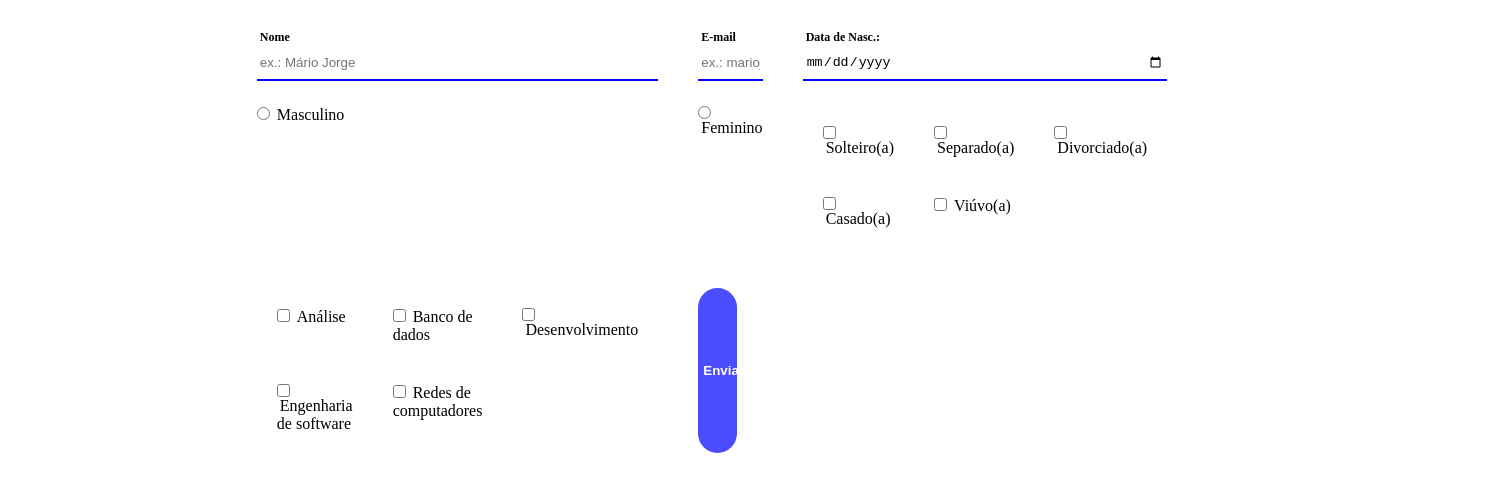
Repository: mjRibeiroTriscal/UVA_Projects
Page: Proj_A1_AVA2_2020_1/index.html
An editor plug-in stored every save of this project. The page is shown before and after the next save, followed by the edit.
The browser window is 1280 px wide. The page is 1280 px wide, then 1489 px, so the pictures cover 1489 px, including what lies to the right of the window. The pictures show the whole page.

Above is the page before, as saved 2020-03-13 11:58:11.

### Proj_A1_AVA2_2020_1/index.html
<!--
*   @project     A1_AVA2_UVA_2020_1
*   @author      Mário Jorge (mariojgmaster@yahoo.com.br)
*   @Git         MJRibeiroTriscal (https://github.com/mjRibeiroTriscal)
-->

<html>

<head>
    <meta charset="UTF-8">
    <title>Tell Me About You</title>
    <!-- <link rel="icon" href="./favicon.png" sizes="16x16 32x32" type="image/png"> -->
    <script src="./script.js"></script>
    <link rel="stylesheet" href="./style.css" />
</head>

<body>
    <div id="container">

        <header>

        </header>

        <section>

            <form class="gridContainer" name="formUva" action="http://google.co">

                <div class="gridItem">
                    <label for="nome" class="labelFirst">Nome</label>
                    <input id="nome" type="text" name="nome" placeholder="ex.: Mário Jorge" />
                </div>
                <div class="gridItem">
                    <label for="email" class="labelFirst">E-mail</label>
                    <input id="email" type="text" name="email" placeholder="ex.: mariojorge@teste.com" />
                </div>

                <div class="gridItem">
                    <label for="dataNasc" class="labelFirst">Data de Nasc.:</label>
                    <input id="dataNasc" type="date" name="dataNasc" />
                </div>

                <div class="gridItem">
                    <input id="masc" type="radio" name="masc" />
                    <label for="masc">Masculino</label>
                </div>
                <div class="gridItem">
                    <input id="fem" type="radio" name="fem" />
                    <label for="fem">Feminino</label>
                </div>

                <div class="gridItem gridContainer">
                    <div class="gridItem">
                        <input id="solteiro" type="checkbox" name="estCivil" />
                        <label for="solteiro">Solteiro(a)</label>
                    </div>
                    <div class="gridItem">
                        <input id="separado" type="checkbox" name="estCivil" />
                        <label for="separado">Separado(a)</label>
                    </div>
                    <div class="gridItem">
                        <input id="divorciado" type="checkbox" name="estCivil" />
                        <label for="divorciado">Divorciado(a)</label>
                    </div>
                    <div class="gridItem">
                        <input id="casado" type="checkbox" name="estCivil" />
                        <label for="casado">Casado(a)</label>
                    </div>
                    <div class="gridItem">
                        <input id="viuvo" type="checkbox" name="estCivil" />
                        <label for="viuvo">Viúvo(a)</label>
                    </div>
                </div>

                <div class="gridItem gridContainer">
                    <div class="gridItem">
                        <input id="analise" type="checkbox" name="analise" />
                        <label for="analise">Análise</label>
                    </div>
                    <div class="gridItem">
                        <input id="bancoDados" type="checkbox" name="bancoDados" />
                        <label for="bancoDados">Banco de dados</label>
                    </div>
                    <div class="gridItem">
                        <input id="desenvolvimento" type="checkbox" name="desenvolvimento" />
                        <label for="desenvolvimento">Desenvolvimento</label>
                    </div>
                    <div class="gridItem">
                        <input id="engenhariaSoftware" type="checkbox" name="engenhariaSoftware" />
                        <label for="engenhariaSoftware">Engenharia de software</label>
                    </div>
                    <div class="gridItem">
                        <input id="redesComputadores" type="checkbox" name="redesComputadores" />
                        <label for="redesComputadores">Redes de computadores</label>
                    </div>
                </div>

                <div class="gridItem itemFlex">
                    <input type="submit" value="Enviar">
                </div>

            </form>

        </section>

        <footer>

        </footer>

</body>

</html>

### Proj_A1_AVA2_2020_1/script.js
/*
 *   @project     A1_AVA2_UVA_2020_1
 *   @author      Mário Jorge (mariojgmaster@yahoo.com.br)
 *   @Git         MJRibeiroTriscal (https://github.com/mjRibeiroTriscal)
 */

### Proj_A1_AVA2_2020_1/style.css
/*
 *   @project     A1_AVA2_UVA_2020_1
 *   @author      Mário Jorge (mariojgmaster@yahoo.com.br)
 *   @Git         MJRibeiroTriscal (https://github.com/mjRibeiroTriscal)
 */

* {
    margin: 0px;
    padding: 0px;
}

#container {
    padding: 10px;
    display: flex;
    align-items: center;
    justify-content: center;
}

section {
    width: 80%;
    display: flex;
    align-items: center;
    justify-content: center;
}

section form.gridContainer {
    width: 80%;
}

label.labelFirst {
    font-size: 12px;
    font-weight: bold;
}

label {
    margin-left: 3px;
}

input {
    border: none;
    outline: none;
    box-shadow: 0;
}

input[type=text],
input[type=date] {
    width: 100%;
    height: 100%;
    padding: 1px 3px;
    border-bottom: 2px solid Blue;
}

input[type=submit] {
    width: 60%;
    height: 100%;
    padding: 5px;
    color: #FFF;
    font-weight: bold;
    background-color: rgba(0, 0, 255, 0.7);
    border-radius: 50px;
}

input[type=submit]:active {
    background-color: rgba(0, 0, 255, 0.9);
}

.gridContainer {
    display: grid;
    /* border: 1px solid red; */
    grid-template-columns: auto auto auto;
}

.gridItem {
    padding: 20px;
}

After the next save:
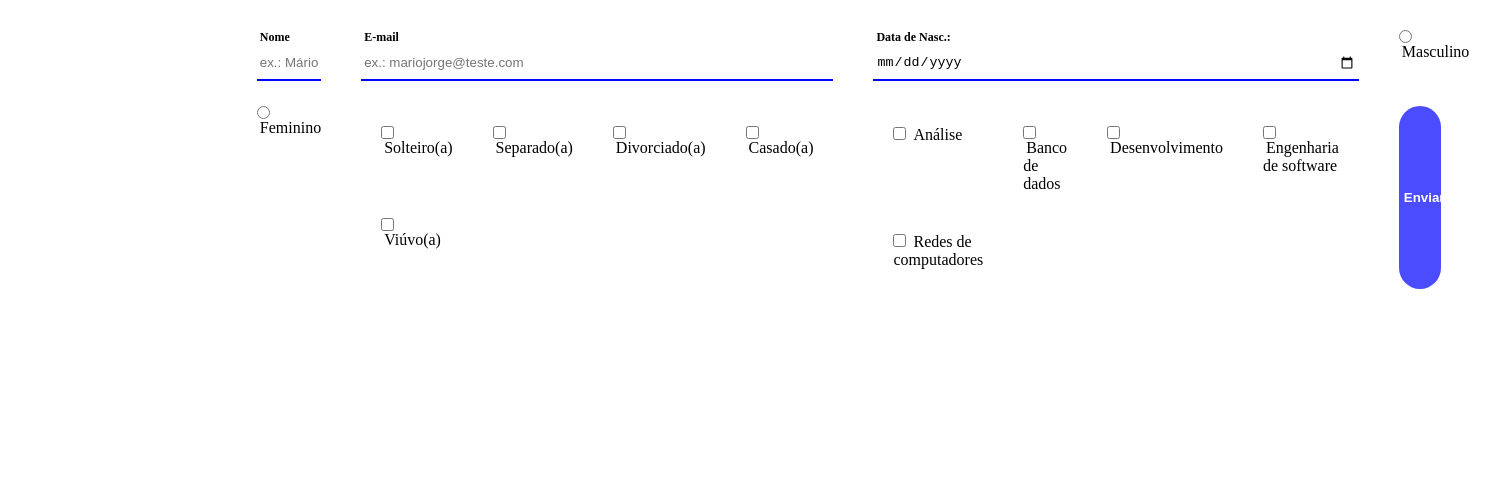
Saved 58 s later.
--- a/Proj_A1_AVA2_2020_1/style.css
+++ b/Proj_A1_AVA2_2020_1/style.css
@@ -67,7 +67,7 @@ input[type=submit]:active {
 .gridContainer {
     display: grid;
     /* border: 1px solid red; */
-    grid-template-columns: auto auto auto;
+    grid-template-columns: auto auto auto auto;
 }
 
 .gridItem {
